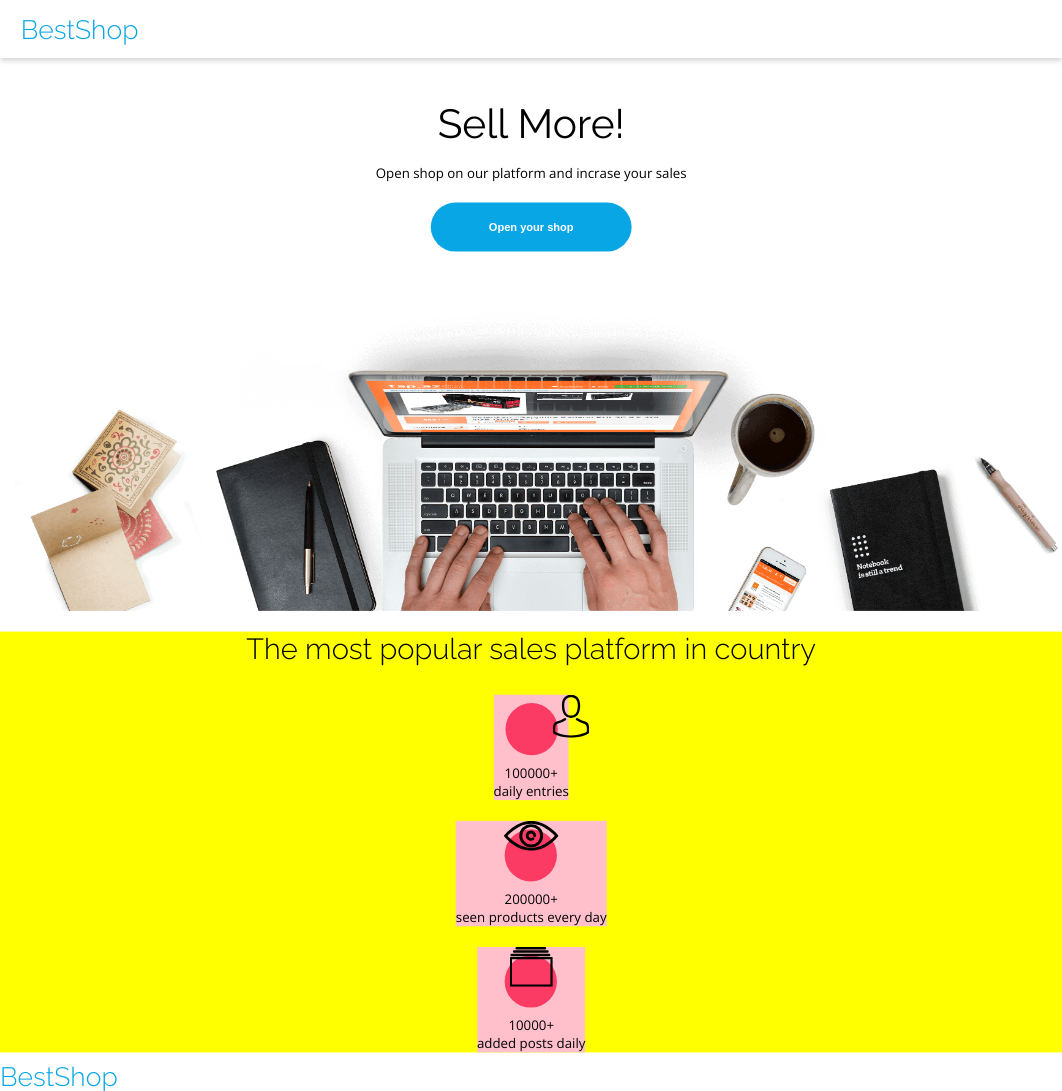
Repository: artwol993/BestShop
Page: index.html
An editor plug-in stored every save of this project. The page is shown before and after the next save, followed by the edit.
The browser window is 1280 px wide. The pictures show the whole page, at 83% of full size.
The style sheet was rebuilt from its Sass, Less or Tailwind sources for each picture, by a compiler version that may differ from the author's.

Above is the page before, as saved 2020-05-28 20:08:31.

### index.html
<!DOCTYPE html>
<html lang="en">
<head>
    <meta charset="UTF-8">
    <meta name="viewport" content="width=device-width, initial-scale=1.0">
    <title>BestShop[artwol993]</title>
    <link rel="stylesheet" href="css/main.css">
    <style>
        @import url('https://fonts.googleapis.com/css2?family=Open+Sans:wght@400;700&display=swap');
    </style>
    <style>
        @import url('https://fonts.googleapis.com/css2?family=Raleway:wght@300;400;700;800&display=swap');
    </style>
</head>
<body>
    <div class="main__container">
        <header>
            <div class="logo">BestShop</div>
            <nav class="nav">
                <!-- <button class="hamburger" aria-label="Menu">
                    <span class="hamburger__container" tabindex="-1">
                        <span class="hamburger__bars"></span>
                      </span>
                </button> -->
                <div class="side__menu">
                    <!-- <ul class="nav__list">
                        <li class="nav__list-item"><a href="" class="nav__link">why us</a></li>
                        <li class="nav__list-item"><a href="" class="nav__link">benefits</a></li>
                        <li class="nav__list-item"><a href="" class="nav__link">prices</a></li>
                        <li class="nav__list-item"><a href="" class="nav__link">contact</a></li>
                    </ul> -->
                </div>
            </nav>
        </header>

        <div class="content__container">
            <div class="main">

<!-- welcome-section -->

                <section class="welcome">
                    <div class="welcome__content">
                        <h1>Sell More!</h1>
                        <p>Open shop on our platform and incrase your sales</p>
                        <button class="main-btn">Open your shop</button>
                    </div>
                    <img src="/assets/Background.png" alt="notebook-picture" class="welcome__picture">
                </section>

<!-- stats-section -->

                <section class="stats">
                    <h2>The most popular sales platform in country</h2>
                    <div class="stats__container">
                        <div class="stats__bin">
                            <div class="stats-circle"></div>
                            <img src="./assets/Person.svg" alt="person-contour" class="stats__img-person">
                            <span>100000+</span>
                            <p>daily entries</p>
                        </div>
                        <div class="stats__bin">
                            <div class="stats-circle"></div>
                            <img src="./assets/Eye.svg" alt="person-contour" class="stats__img-eye">
                            <span>200000+</span>
                            <p>seen products every day</p>
                        </div>
                        <div class="stats__bin">
                            <div class="stats-circle"></div>
                            <img src="./assets/Catalog.svg" alt="person-contour" class="stats__img-catalog">
                            <span>10000+</span>
                            <p>added posts daily</p>
                        </div>
                    </div>
                </section>

<!-- profits-section -->

                <section class="profits"></section>
                <section class="pricing"></section>
                <section class="contact"></section>
            </div>
        </div>

        <footer>
            <div class="logo">BestShop</div>
            <div class="footer-icon"></div>
            <div class="footer-icon"></div>
        </footer>
    </div>
</body>
</html>

### scss/main.scss
    $c-primary-first: #08a6e4;
    $c-primary-second: #fb3b64;
    $c-primary-third: #55dfb4;
    $c-black: #000000;
    $c-white: #ffffff;
    $c-background: #f7f7f7;
    $c-details: #a5a5a5;
    $c-shadow: #00000029;
    $f-h: 'Raleway', sans-serif;
    $f-p: 'Open Sans', sans-serif;
    $fw-light: 300;
    $fw-normal: 400;
    $fw-bold: 700;
    $fw-black: 800;

/*reset*/

  * {
      margin: 0;
      padding: 0;
      box-sizing: border-box;
  }

  /* fonts */

  a, p, ul, span {
    font-family: $f-p;
  }

  h1 {
    font-size: 3.063rem;
    font-weight: $fw-normal;
    font-family: $f-h;
    color: $c-black;
  }

  h2 {
    font-size: 2.188rem;
    font-weight: $fw-light;
    margin: 5px 45px;
    font-family: $f-h;
    color: $c-black;
  }

  h3 {
    font-size: 1.25rem;
    font-weight: $fw-bold;
    margin: 5px;
    font-family: $f-h;
    color: $c-black;
  }

  .logo {
    font-size: 2rem;
    font-weight: $fw-light;
    font-family: $f-h;
    color: $c-primary-first;
    text-decoration: none;
    cursor: pointer;
  }

  .body {
      width: 100vh;
  }
  /*header*/
  header {
      height: 70px;
      display: flex;
      align-items: center;
      justify-content: space-between;
      padding: 0 25px;
      box-shadow: 0px 3px 6px $c-shadow;
  }

//   .hamburger {
//     margin: 0;
//     padding: 0;
//     border: 0;
//     background-color: transparent;
//     cursor: pointer;
//     &:focus {
//         & > .hamburger__container {
//           	box-shadow: 0 0 2px 2px #51a7e8;
//         }
//     }
//   }

//   .hamburger__container {
//     display: flex;
//     align-items: center;
//     position: relative;
//     width: 35px;
//     height: 30px;
//   }

//   .hamburger__bars {
//     position: absolute;
//     width: 35px;
//     height: 2px;
//     background-color: #000;
//     transition: transform 220ms ease-in-out;
//     &:before, &:after {
//         display: block;
//         position: absolute;
//         width: 35px;
//         height: 2px;
//         background-color: #000;
//         content: '';
//     }
//     &:before {
//         top: -12px;
//         transition: top 100ms 250ms ease-in, transform 220ms ease-in-out;
//     }
//     &:after {
//         bottom: -12px;
//         transition: bottom 100ms 250ms ease-in,
//           			transform 220ms ease-in-out;
//     }
//   }

//   .hamburger--active {
//     .hamburger__bars {
//         transform: rotate(225deg);
//         transition: transform 220ms 120ms ease-in-out;
//         &:before {
//             top: 0;
//             transition: top 100ms ease-out;
//         }
//         &:after {
//             bottom: 0;
//             transform: rotate(-90deg);
//             transition: bottom 100ms ease-out,
//             		  	transform 220ms 120ms ease-in-out;
//         }
//     }
// }

//   .hamburger, .hamburger__container {
//     &:focus {
//       	outline: none;
//   	}
//   }

//   .side__menu {
//     display: flex;
//     box-sizing: border-box;
//     position: absolute;
//     height: 70%;
//     width: 200px;
//     top: 70px;
//     right: -300px;
//     padding: 0;
//     background-color: red;
//     transition: 0.3s transform ease-in-out;
//   }

//   .side__menu ul {
//     position: absolute;
//     display: flex;
//     flex-direction: column;
//     box-sizing: border-box;
//     height: calc(100% - 70px);
//     flex-wrap: wrap;
//     margin: 0 10px;
//     padding: 0;
//     list-style-type: none;
//     align-content: flex-start;
//   }

//   .side-__menu ul li {
//     display: flex;
//     flex-direction: column;
//     height: 30px;
//     background: $c-primary-second;
//     flex-basis: 100%;
//     margin-top: 70px;
//     color: #696e9e;
//     border-radius: 5px;
//     overflow: hidden;
//   }

//   .side__menu ul li a {
//     display: flex;
//     padding: 10px;
//     align-items: center;
//     width: 100%;
//     height: 100%;
//     background: $c-primary-third;
//     text-decoration: none;
//     box-sizing: border-box;
//   }

//   .hamburger:focus ~ .side__menu, .side__menu:hover {
//     transform: translateX(-300px);
//   }

.nav__list {
  display: flex;
  justify-content: space-around;
  align-items: center;
}

.nav__list-item {
  // padding: 10px;
  list-style: none;
  // margin-right: 50px;
}

.nav__link {
  color: $c-details;
  font-weight: $fw-bold;
  text-decoration: none;
  text-transform: uppercase;
  font-size: 11px;

  &:hover {
    color: $c-black;
    border-bottom: solid 3px $c-primary-first;
    padding-bottom: 23px;
  }
}

/*content*/

.content__container {
  // width: calc(100% - 20%);
  // background: pink;
  display: flex;
  align-items: center;
  justify-content: center;
}

// .main {
//   background: blue;
// }

.welcome {
  display: flex;
  flex-direction: column;
  align-items: center;

}

.welcome__content {
  margin: 50px 10px;
  display: flex;
  flex-direction: column;
  align-items: center;
}

.welcome__content p {
  text-align: center;
  margin-top: 20px;
}

.main-btn {
  margin-top: 25px;
  padding: 22px 70px;
  border-radius: 40px;
  font-weight: 800;
  border: none;
  text-align: center;
  text-decoration: none;
  background: $c-primary-first;
  color: $c-white;
}

.welcome__picture {
  width: 100%;
  height: auto;
  margin-bottom: 20px;
  object-position: center;

}

// stats-section

.stats {
  background:yellow;
}

.stats h2 {
  text-align: center;
}

.stats__container {
  display: flex;
  flex-direction: column;
  align-items: center;
  margin: 10px 0;
}

.stats__bin {
  margin-top: 25px;
  background: pink;
  display: flex;
  flex-direction: column;
  align-items: center;
}

.stats-circle {
  width: 63px;
  height: 63px;
  border-radius: 50%;
  position: relative;
  background: $c-primary-second;
  margin: 10px 0;
}

img[class*="stats__img"] {
  position: absolute;
}

.stats__img-person {
  left: 52%;
}

After the next save:
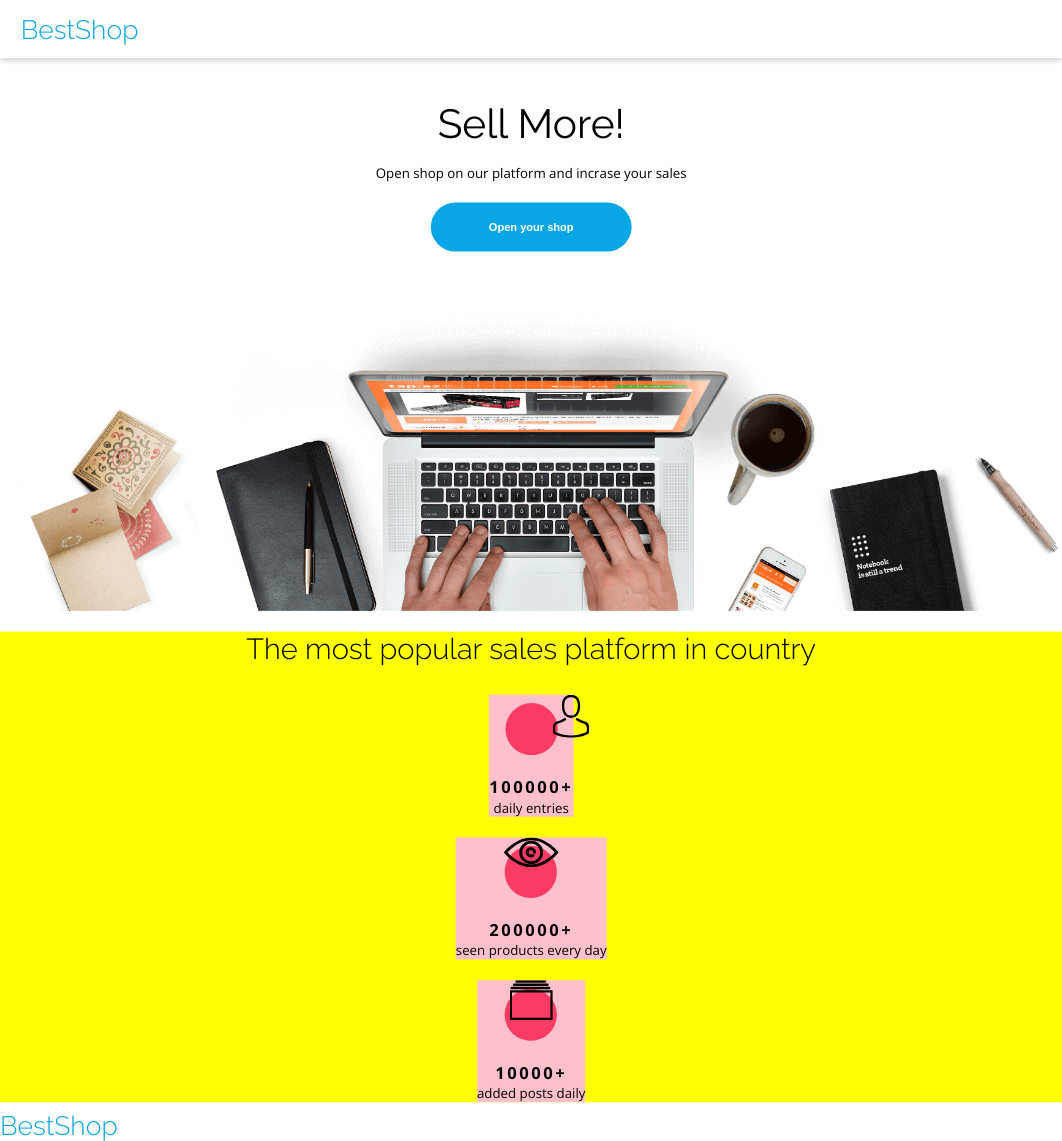
Saved 3 min 26 s later.
--- a/scss/main.scss
+++ b/scss/main.scss
@@ -314,3 +314,10 @@
 .stats__img-person {
   left: 52%;
 }
+
+.stats__bin span {
+  font-size: 20px;
+  font-weight: 800;
+  margin-top: 15px;
+  letter-spacing: 3px;
+}
